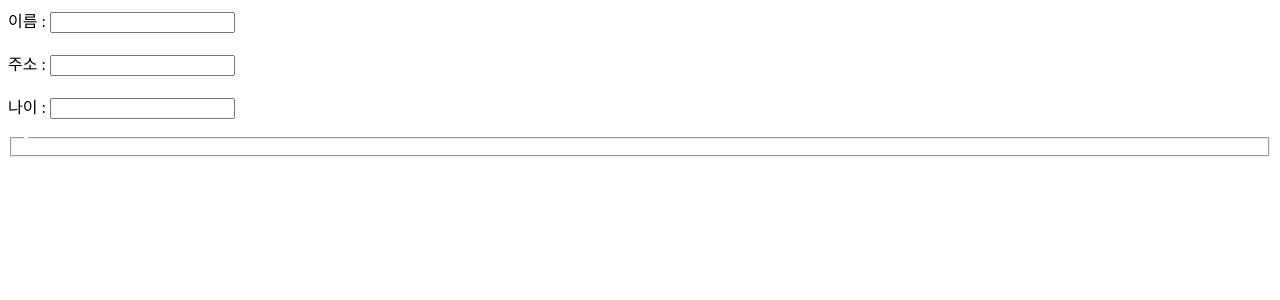
Repository: HyoJun-A/jsp
Page: practice01/WebContent/input.html
These files come from the project's save history. The page is drawn as it stood at one moment and after the next save; the edit follows.
The browser window is 1280 px wide. The pictures show the whole page.

Above is the page before, as saved 2022-10-17 07:02:26.

### practice01/WebContent/input.html
<!DOCTYPE html>
<html>
<head>
<meta charset="UTF-8">
<title>입력 데이터 처리와 주고 받기</title>
</head>
<body>
<form name="indata" action="test04.jsp" method="post">
	이름 : <input type="text" name="name"><br><br>
	주소 : <input type="text" name="addr"><br><br>
	나이 : <input type="number" name="age"><br><br>
	<fieldset>
		<legend></legend>
	</fieldset>
</form>
</body>
</html>

After the next save:
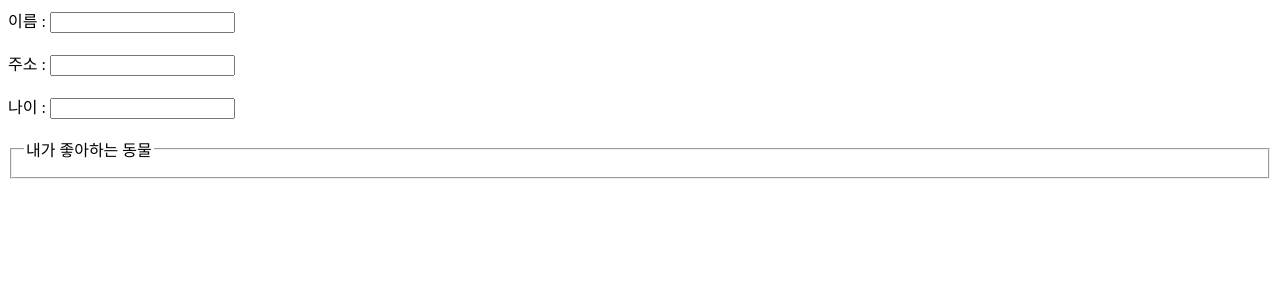
Saved 5 s later.
--- a/practice01/WebContent/input.html
+++ b/practice01/WebContent/input.html
@@ -10,7 +10,7 @@
 	주소 : <input type="text" name="addr"><br><br>
 	나이 : <input type="number" name="age"><br><br>
 	<fieldset>
-		<legend></legend>
+		<legend>내가 좋아하는 동물</legend>
 	</fieldset>
 </form>
 </body>
